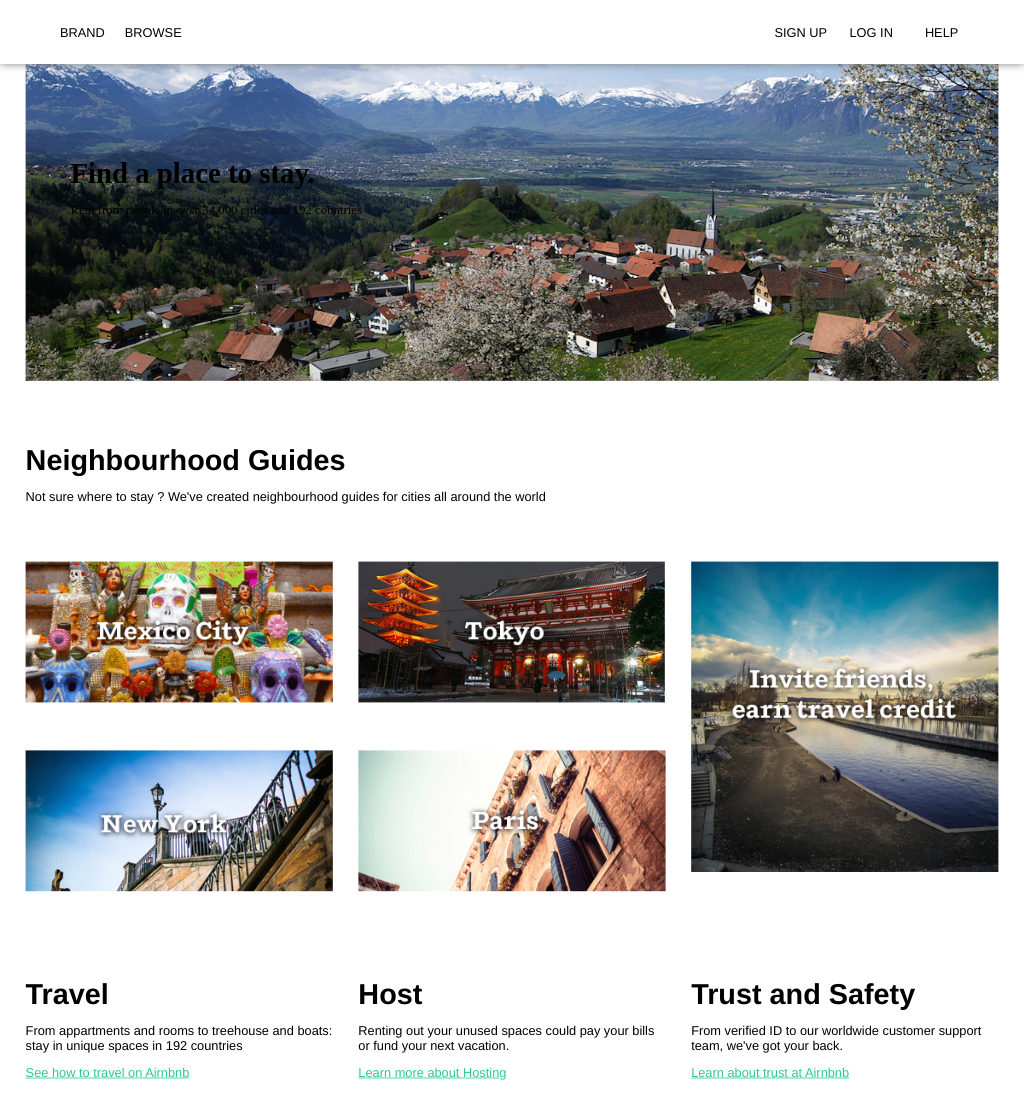
Repository: Naohonproject/web101x02-asm3
Page: Project3.html
These files come from the project's save history. The page is drawn as it stood at one moment and after the next save; the edit follows.
The browser window is 1280 px wide. The pictures show the whole page, at 80% of full size.

Above is the page before, as saved 2022-01-22 16:04:01.

After the next save:
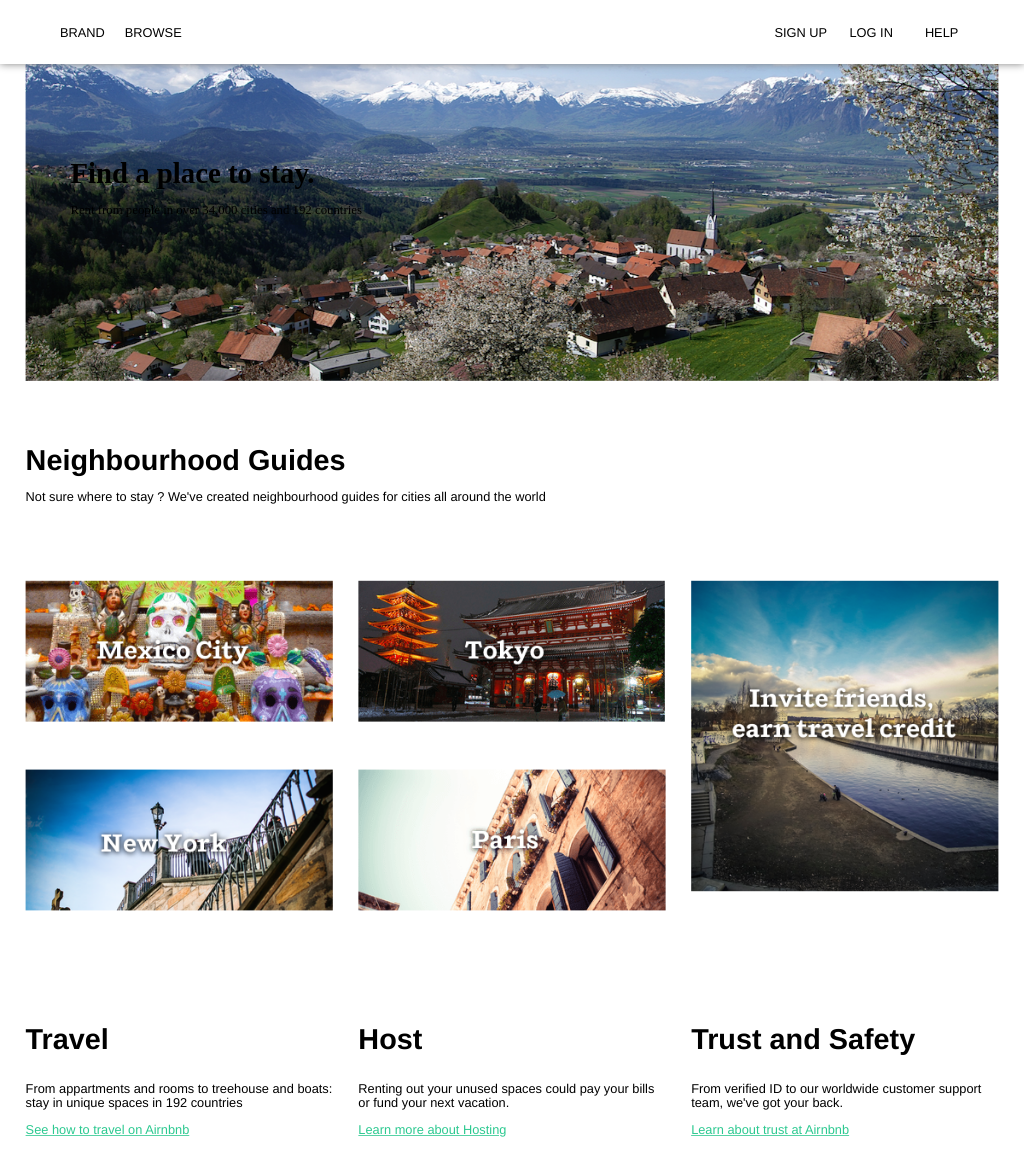
Saved 9 s later.
--- a/assets/css/responsive.css
+++ b/assets/css/responsive.css
@@ -1,3 +1,4 @@
+<!-- @format -->
 
 
 /* ========responsive for tablet============== */

After the 2 saves that followed:
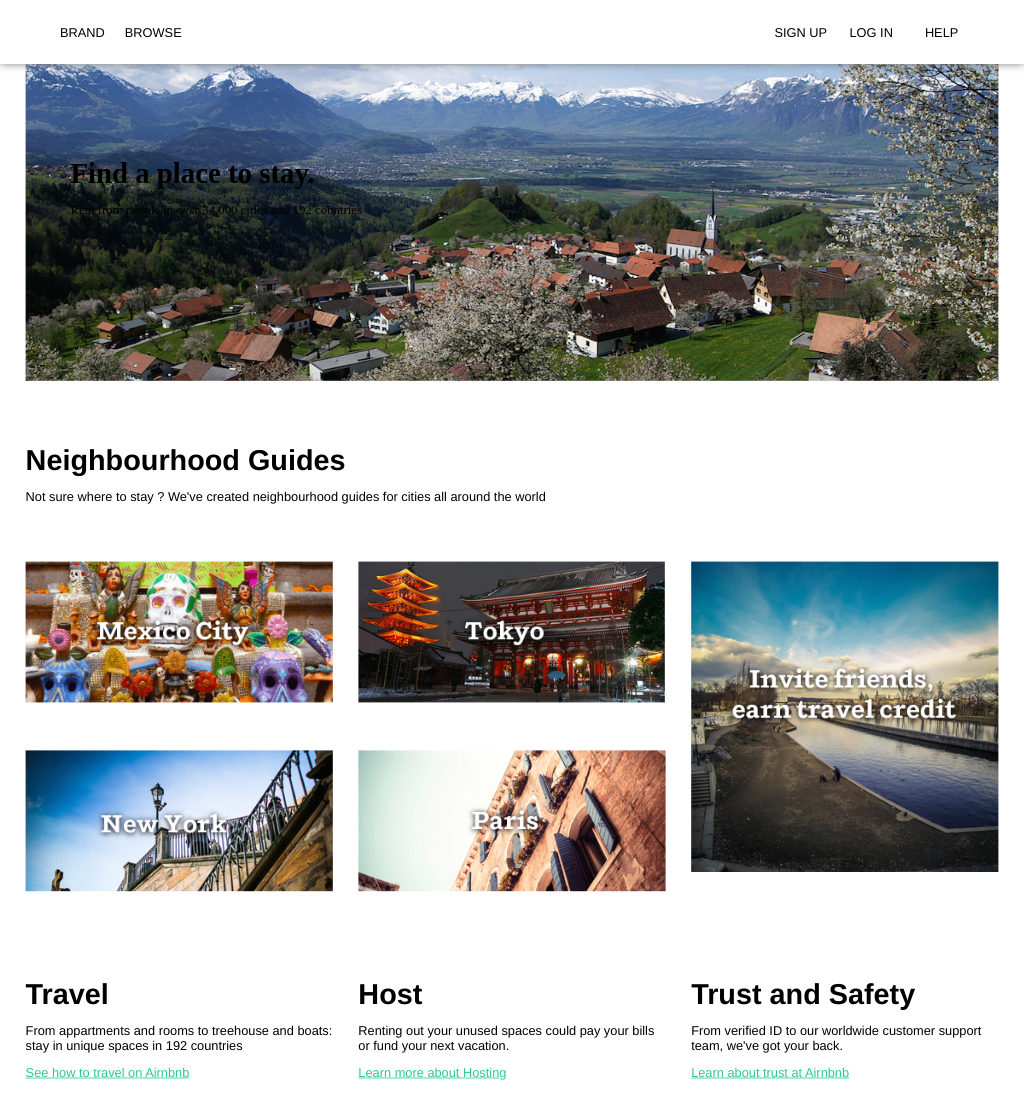
The 2 saves are shown as one change because they came seconds apart.
The last was saved 8 s later.
--- a/assets/css/responsive.css
+++ b/assets/css/responsive.css
@@ -1,5 +1,3 @@
-<!-- @format -->
-
 
 /* ========responsive for tablet============== */
 
